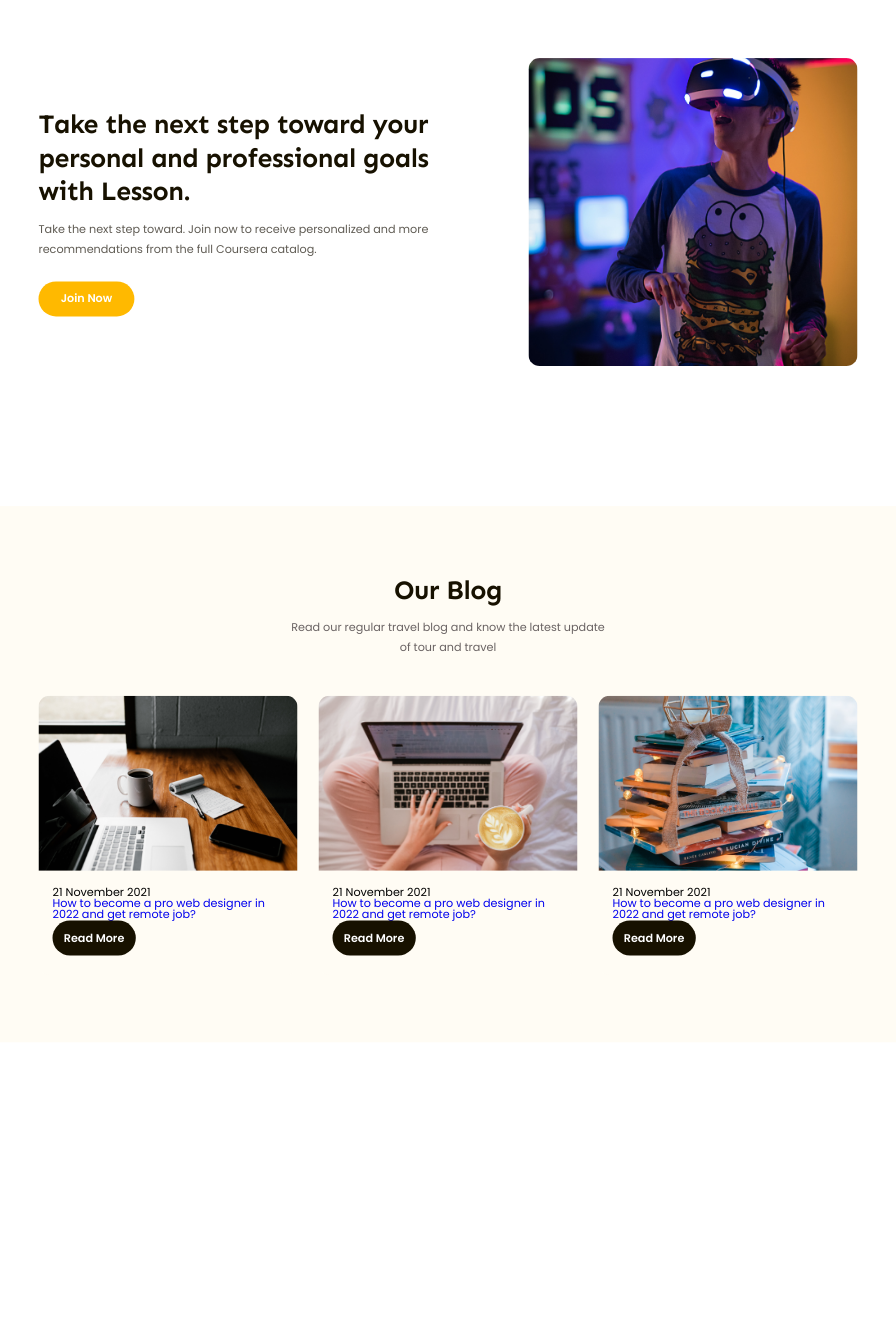
Repository: ynguyen1512/htmlcss-project-02
Page: index.html
These files come from the project's save history. The page is drawn as it stood at one moment and after the next save; the edit follows.
The browser window is 1280 px wide. The pictures show the part of the page from y = 3080 to 5000 px (the page is 5000 px tall), at 70% of full size.
A picture or video elsewhere on the page could not be fetched, so the positions and the page height are approximate.

Above is the page before, as saved 2023-03-10 20:54:30.

After the next save:
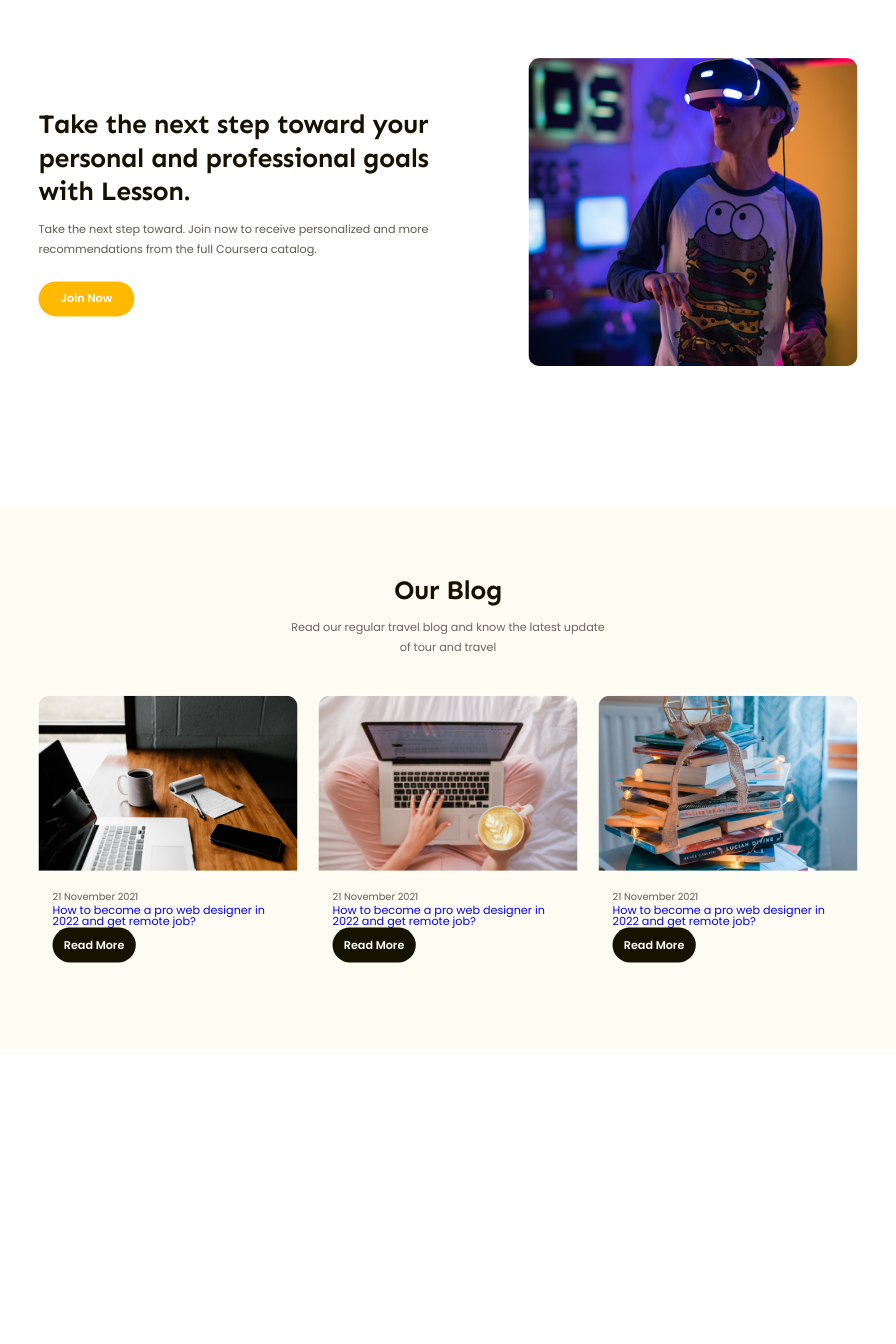
Saved 30 s later.
--- a/assets/css/style.css
+++ b/assets/css/style.css
@@ -593,4 +593,7 @@ a {
 }
 
 .blog .item .date {
-}
+  font-size: 14px;
+  line-height: 1.86;
+  color: #5f5b53;
+}
